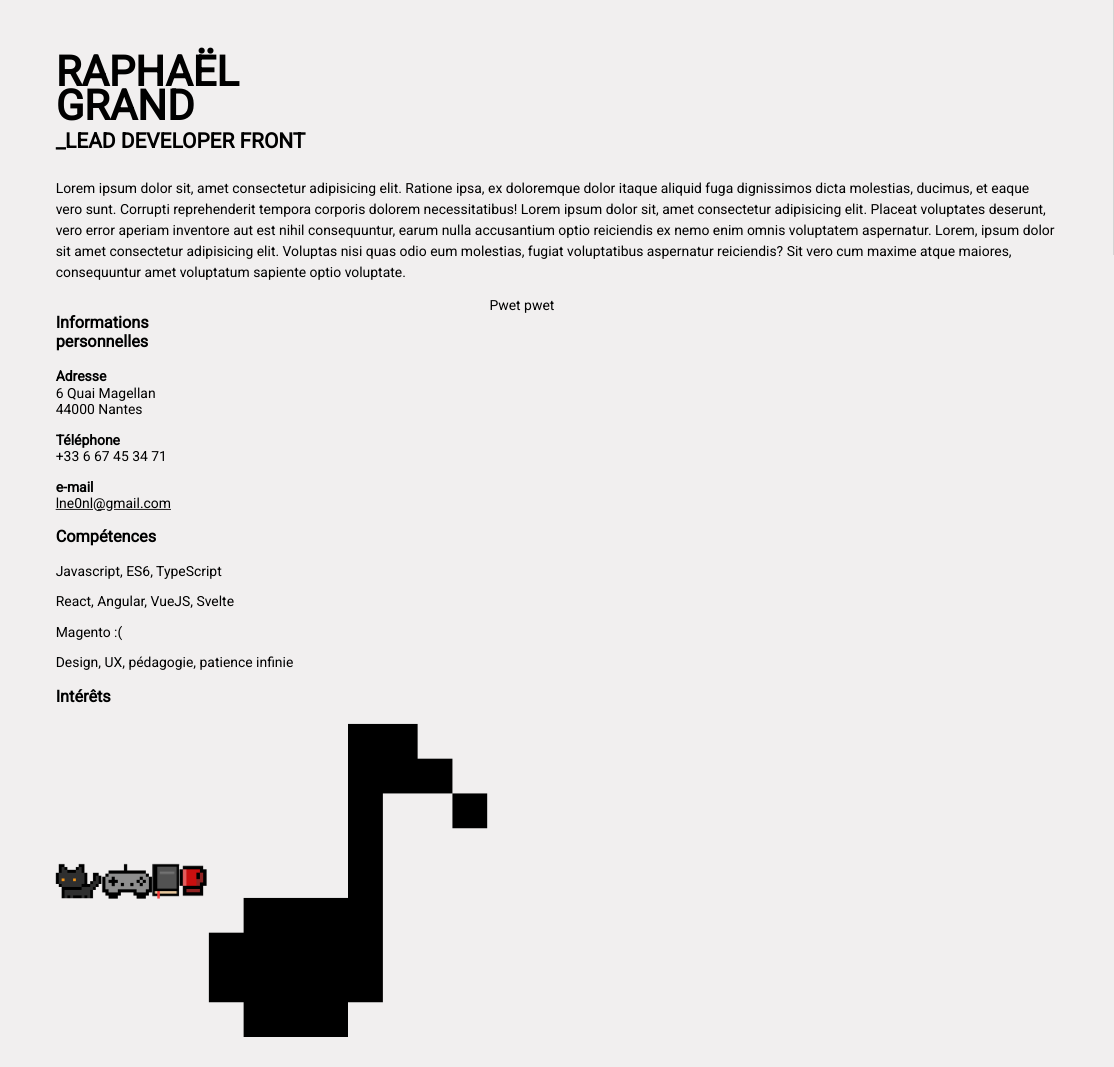
Repository: lne0nl/resume
Page: index.html
An editor plug-in stored every save of this project. The page is shown before and after a run of saves, followed by the edit.
The browser window is 1280 px wide. The pictures show the whole page, at 87% of full size.

Above is the page before, as saved 2021-12-10 11:10:32.

After the next 2 saves:
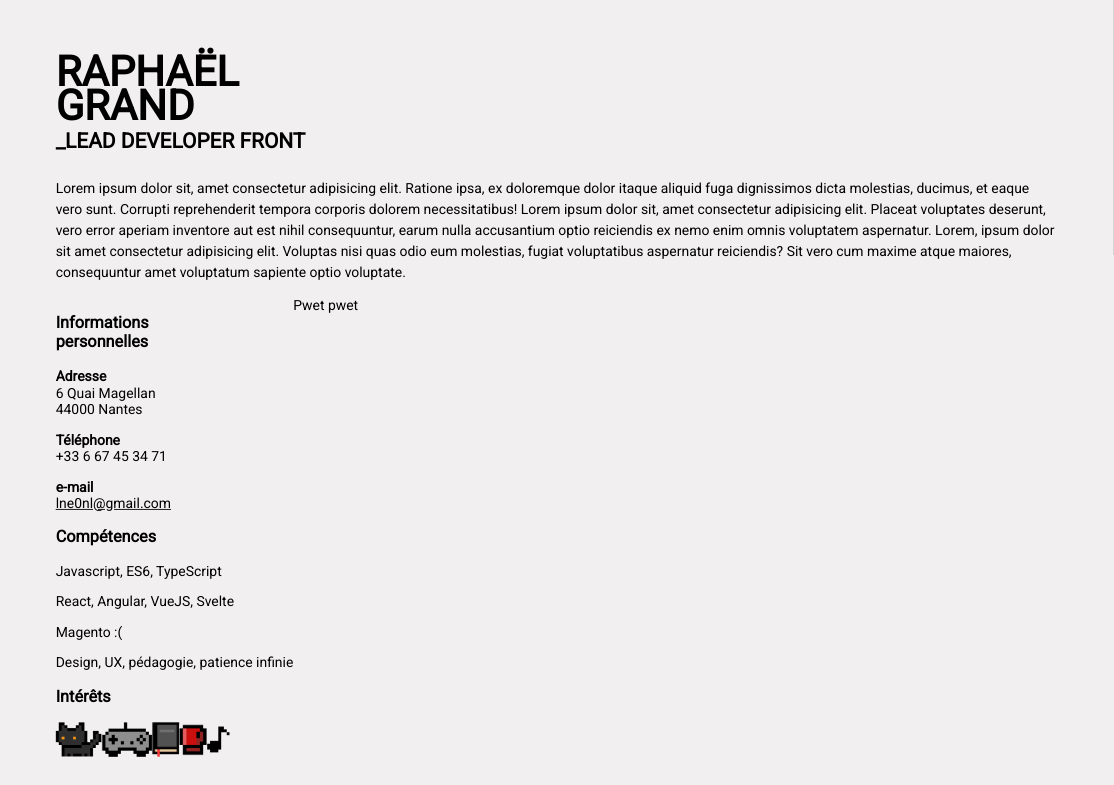
The 2 saves are shown as one change because they came seconds apart.
The last was saved 10 s later.
--- a/style.css
+++ b/style.css
@@ -84,3 +84,7 @@ li {
 .glove {
   height: 35px;
 }
+
+.note {
+  height: 30px;
+}
